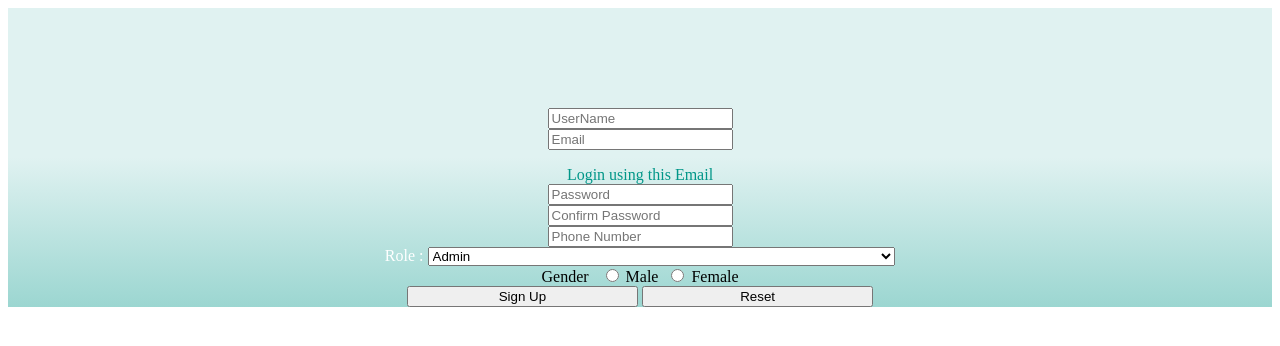
Repository: Indurupi/FriendZone
Page: FriendZoneFrontEnd/WebContent/signup.html
An editor plug-in stored every save of this project. The page is shown before and after the next save, followed by the edit.
The browser window is 1280 px wide. The pictures show the whole page.

Above is the page before, as saved 2017-03-21 17:31:12.

### FriendZoneFrontEnd/WebContent/signup.html
<!DOCTYPE html>
<html>
<head>
<meta charset="ISO-8859-1">
<title>FriendZone</title>
<style type="text/css">
.form-control:focus {
	border: 2px solid #009688;
}

#signupdiv {
	background: linear-gradient(to bottom, #e0f2f1 50%, #80cbc4 120%);
	color: #ffffff;
	padding-top: 100px;
	height: 91%;
}
</style>
</head>
<body ng-app="friendzoneApp">

	<div id="signupdiv" align="center" ng-controller="homecontrol as home">
		<form ng-submit="home.submit()">

			<div class="input-group" id="LoginPassword">
				<span class="input-group-addon" id="basic-addon1">
					<div class="glyphicon glyphicon-user"></div>
				</span> <input type="text" class="form-control" placeholder="UserName"
					aria-describedby="basic-addon1" ng-model="home.user1.username"
					required="required" />
			</div>

			<div class="input-group" id="LoginUsername">
				<span class="input-group-addon" id="basic-addon1">
					<div class="glyphicon glyphicon-envelope"></div>
				</span> <input type="text" class="form-control" placeholder="Email"
					aria-describedby="basic-addon1" ng-model="home.user1.emailid"
					required="required" />

			</div>

			<div style="color: #009688;">
				<p style="color: #009688;" class="glyphicon glyphicon-hand-up"></p>
				Login using this Email
			</div>

			<div class="input-group">
				<span class="input-group-addon" id="basic-addon1">
					<div class="glyphicon glyphicon-lock"></div>
				</span> <input type="password" class="form-control" placeholder="Password"
					aria-describedby="basic-addon1" ng-model="home.user1.password"
					required="required" />
			</div>

			<div class="input-group">
				<span class="input-group-addon" id="basic-addon1">
					<div class="glyphicon glyphicon-lock"></div>
				</span> <input type="password" class="form-control"
					placeholder="Confirm Password" aria-describedby="basic-addon1"
					required="required" />
			</div>
			<div class="input-group">
				<span class="input-group-addon" id="basic-addon1">
					<div class="glyphicon glyphicon-phone"></div>
				</span> <input type="text" class="form-control" placeholder="Phone Number"
					aria-describedby="basic-addon1" ng-model="home.user1.phno"
					required="required" />
			</div>

			<div class="form-group">Role :
				<select class="form-control" style="width:37%">
					<option ng-model="home.user1.role" value="admin">Admin</option>
					<option ng-model="home.user1.role" value="admin">User</option>
				</select>
			</div>
			<!--<div class="input-group"> -->
			<!--<span class="input-group-addon" id="basic-addon1"> -->
			<!--<div class="glyphicon glyphicon-calendar"></div> -->
			<!--</span> <input type="date" class="form-control" placeholder="DateOfBirth" -->
			<!--		aria-describedby="basic-addon1" /> -->
			<!--</div> -->

			<div class="input-group" style="color: #000000">

				<label style="color: #000000">Gender &nbsp; </label> <input
					style="color: #000000" type="radio" value="male" />&nbsp;Male&nbsp;
				<input style="color: #000000" type="radio" value="female" />&nbsp;Female
			</div>

			<!-- 			<ul class="dropdown-menu" role="menu" aria-labelledby="dropdownMenu">
				<li value="male" ng-model="home.user1.gender">Male</li>
				<li value="female" ng-model="home.user1.gender">Female</li>

			</ul> -->

			<button class="btn" id="custom-button" style="width: 18.3%"
				type="submit">Sign Up</button>
			<button class="btn" id="custom-button" style="width: 18.3%"
				ng-click="home.reset()" type="reset">Reset</button>
		</form>

		<!-- 		<div ng-repeat="user in home.users1" style="color:#000000"> -->
		<!-- 		Username:{{user.username}}<br> -->
		<!-- 		password:{{user.password}}<br> -->
		<!-- 		phonenumber:{{user.phno}}<br> -->
		<!-- 		status:{{user.status}}<br> -->
		<!-- 		emailid:{{user.emailid}}<br> -->
		<!-- 		</div> -->
	</div>

</body>

<!-- <script src="js/jquery-1.10.1.min.js"></script>
<script src="js/jquery.min.js"></script>
<script src="js/bootstrap.min.js"></script>
<script src="js/jquery-1.7.2.min.js"></script>
<script src="js/angular.min.js"></script>
<script src="js/angular-route.js"></script>
<script src="js/app.js"></script>
<script src="js/controller/blogcontroller.js"></script>
<script src="js/service/blogservice.js"></script>
<script src="js/controller/homecontroller.js"></script>
<script src="js/service/homeservice.js"></script>
 -->
</html>

After the next save:
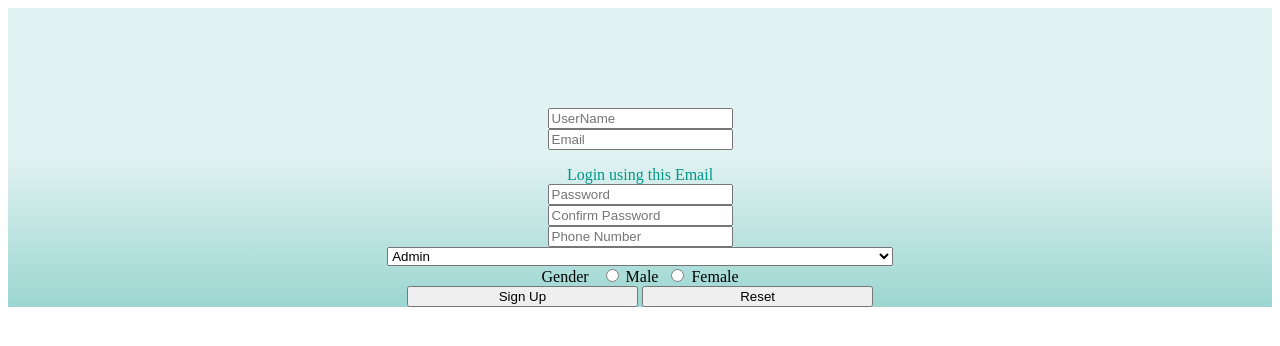
Saved 9 s later.
--- a/FriendZoneFrontEnd/WebContent/signup.html
+++ b/FriendZoneFrontEnd/WebContent/signup.html
@@ -66,8 +66,8 @@
 					required="required" />
 			</div>
 
-			<div class="form-group">Role :
-				<select class="form-control" style="width:37%">
+			<div class="form-group">
+				<select class="form-control" style="width:40%">
 					<option ng-model="home.user1.role" value="admin">Admin</option>
 					<option ng-model="home.user1.role" value="admin">User</option>
 				</select>
